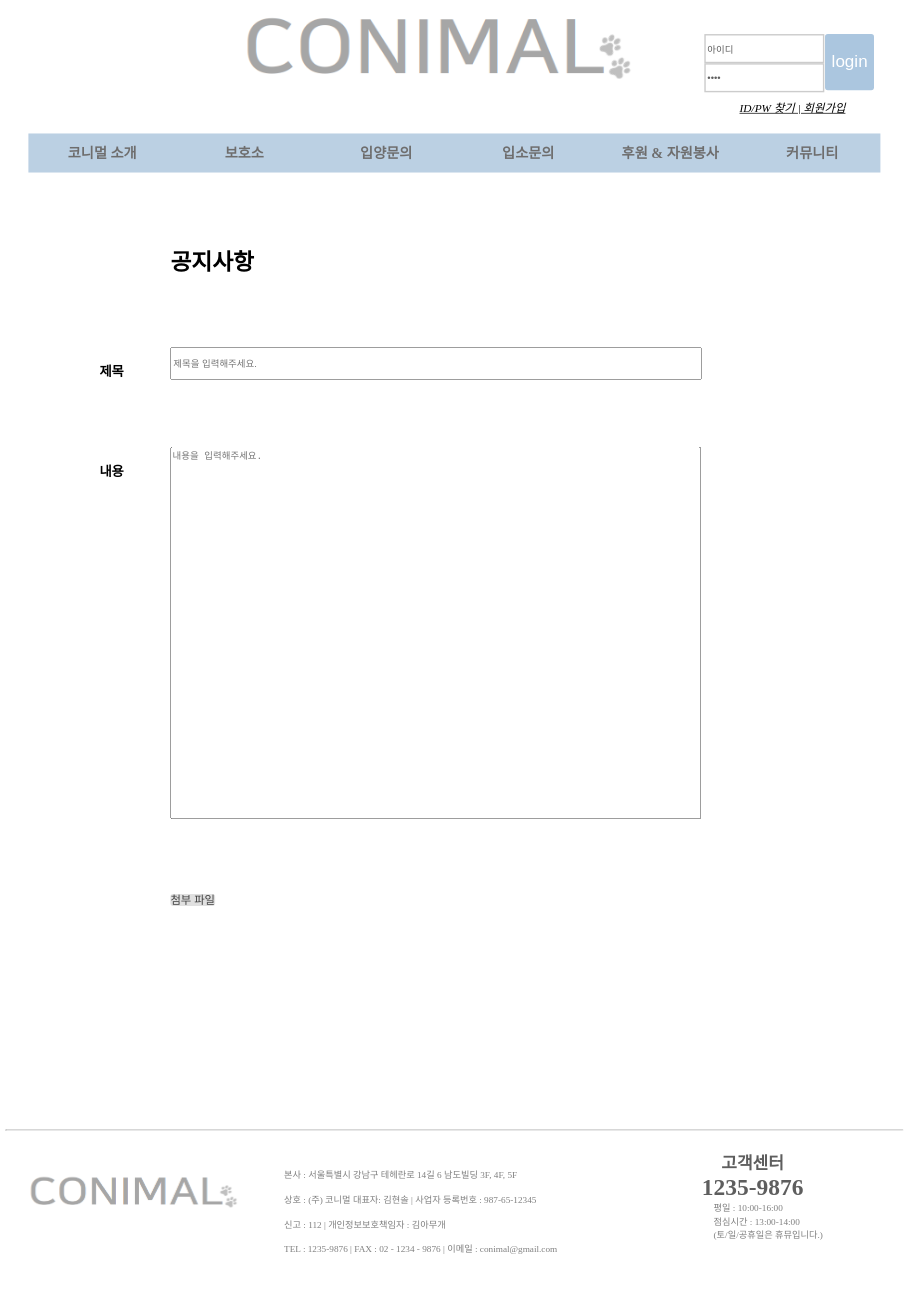
Repository: rlagusthf12/SemiProject
Page: http://localhost/jspProject/views/notice/writeNotice.jsp
These files come from the project's save history. The page is drawn as it stood at one moment and after the next save; the edit follows.
The browser window is 1280 px wide. The pictures show the whole page, at 71% of full size.
The page is served by Tomcat 9. Other server files are loaded and not shown.

Above is the page before, as saved 2021-05-18 08:00:07.

### jspProject/WebContent/views/notice/writeNotice.jsp
<%@ page language="java" contentType="text/html; charset=UTF-8"
    pageEncoding="UTF-8"%>
<!DOCTYPE html>
<html>
<head>
<meta charset="UTF-8">
<title>Insert title here</title>
</head>
<style>
.body{
		width: 1000px;
        height: 1240px;
        margin: 0 auto;
        margin-top:30px;
	}
h3{
float:left;
}
.headTitle{
	margin:100px;
}
.title{
width:741px;
height:40px;
margin:100px;
}
.title>input{
width:100%;
height:100%;
}

.content{
width:741px;
height:519px;
margin:100px;
}
.content>textarea{
resize:none;
width:100%;
height:100%;
}
.attachment{
width:741px;
height:80px;
margin:100px;
}
.attachmentbtn{
 width: 100px;
  height: 80px;
border-radius:4px;
font-size: 16px;
color: rgb(64, 64, 64);
 text-align: center;
 line-height: 2.5em;
background-color: rgb(224, 224, 224);
}
#inputfile{
display:none;
}


</style>
<body>
<%@ include file="../common/menubar.jsp" %>

  <div class="body">

  <div class="headTitle">
 	<h1>공지사항</h1>
  </div>

  <h3>제목</h3>
  <div class="title">

  <input type="text" placeholder="제목을 입력해주세요.">
  </div>
   <h3>내용</h3>
  <div class="content">
  <textarea placeholder="내용을 입력해주세요."></textarea>
  </div>
  <div class="attachment">
   <input type="file" id="inputfile">
  <label class="attachmentbtn" for="inputfile">첨부 파일</label>

  </div>


  </div>

<%@ include file="../common/footerbar.jsp" %>

</body>
</html>

### jspProject/WebContent/views/common/menubar.jsp
<%@ page language="java" contentType="text/html; charset=UTF-8"
    pageEncoding="UTF-8"%>
<!DOCTYPE html>
<html>
<head>
<meta charset="UTF-8">
<title>Insert title here</title>

<style>
    .on{
         width: 1200px;
         height: 180px;
         margin: 0 auto;
         }
    .mainLogo{

        margin-left: 302px;

    }

    .login {
        float:right;
        margin-top:40px;
     }
   #loginform>*{

    float:left;
    }
    .id_pwd{width: 65%; height: 70px; } .loginbtn{width: 35%;}

    .pwd,.id{
        color: rgb(94, 94, 94);
        border-style: solid;
        border-color: rgb(204, 204, 204);
        width:100%;
        height:50%;
    }
    .loginbtn>input{
        font-size: 24px;
        width: 80%;
        height: 100%;
        color: rgb(255, 255, 255);
        line-height: 3.2em;
        background-color: rgb(171, 198, 223);
        text-align: center;
        border-radius: 4px;
        border:0px;
    }

    .find{
    text-decoration-line: underline;
    font-style: italic;
    font-size: 16px;
    line-height: 3.2em;
    }

    .navi{
            width: 1200px; height: 55px;
            background-color: rgb(187, 208, 227);
            margin: 0 auto;
     }
     #navi1{
            list-style-type:none;
            margin:0;
            padding:0;
            height:100%;
            text-decoration:none;

        }

        #navi1>li{
            margin-left: 8px;
            float:left;
            width:16%;
            height:100%;
            text-align:center;
        }
        #navi1 a{
            line-height: 2.8em;
            font-size: 20px;
            color: rgb(110, 109, 109);
            font-family: HanSans;
            width: 16.6%;
            font-weight: bold;
            cursor:pointer;
            height:100%;
            width:100%;
            display:block;
            text-decoration:none;
            z-index: 6;
        }
        #navi1 a:hover{color: white;}
        #navi1>li>ul{
            list-style-type:none;
            display:none;
            margin-top:0px;
            padding:10px;
            background-color: rgb(184, 183, 183);
            font-family: HanSans;
            line-height: 2.8em;
            font-size: 20px;
            position: relative;
            z-index: 6;
        }
        #navi1>li>ul a{font-size:15px;}
        #navi1>li>a:hover+ul{display:block;}
        #navi1>li>ul:hover{display:block;}
     </style>
</head>

<body>

            <div class="on">

                    <image src="resources/images/mainLogo.png" width="558px" height="120px" class="mainLogo">

                        <div class="login" align="center">

                            <form action="" id="loginform">

                                <div class="id_pwd">
                                    <input type="text" class="id" value="아이디"><br>
                                    <input type="password" class="pwd" value="비밀번호" >
                                </div>

                                <div class="loginbtn">
                                    <input type="submit" value="login">
                                </div>
                            </form>
                            <span class="find">ID/PW 찾기 | 회원가입</span>
                        </div>

            </div>
            <div class="navi">
                    <ul id="navi1" >
                        <li><a href="">코니멀 소개</a></li>
                        <li><a href="">보호소</a></li>
                        <li><a href="">입양문의</a>
                            <ul>
                                <li><a href="">보호중인 동물</a></li>
                                <li><a href="">입양 절차</a></li>
                                <li><a href="">입양 신청</a></li>
                                <li><a href="">입양 후기</a></li>
                            </ul>
                        </li>
                        <li><a href="">입소문의</a>
                            <ul>
                                <li><a href="">입소 절차</a></li>
                                <li><a href="">입소 신청</a></li>
                            </ul>
                        </li>
                        <li><a href="">후원 &amp; 자원봉사</a>
                        <ul>
                            <li><a href="">자원봉사</a></li>
                            <li><a href="">후원</a></li>
                        </ul>
                      </li>
                        <li><a href="">커뮤니티</a>
                        <ul>
                            <li><a href="">자유 게시판</a></li>
                            <li><a href="">공지사항</a></li>
                            <li><a href="">고객센터</a></li>
                        </ul>
                    </li>
                    </ul>
            </div>


</body>
</html>

### jspProject/WebContent/views/common/footerbar.jsp
<%@ page language="java" contentType="text/html; charset=UTF-8"
    pageEncoding="UTF-8"%>
<!DOCTYPE html>
<html>
<head>
<meta charset="UTF-8">
<title>Insert title here</title>
<style>


 .footerbar{

         width: 1200px;
         height: 180px;
         margin: 0 auto;
     }
     .call{
         width:30%;
         height: 100%;
         float:left;
         margin-left: 60px;
     }

     .minLogo{

         padding-top: 30px;
         height: 100%;
         float:left;
     }
     .ex{
        width:40%;
        float:left;
        height:100%;
        padding-top: 25px;
    }
     .ect{

        font-size: 13px;
        color: rgb(127, 127, 127);
        text-align: left;
        width:450px;
        padding-left: 60px;

     }
     .ect2{
        font-weight: bold; font-size: 24px; text-align: center; color: rgb(94, 94, 94);
     }
     .ect3{
        font-weight: bold; font-size: 33px; text-align: center; color: rgb(94, 94, 94);
     }
     #al{
        width: 250px;
        padding-left: 125px;
     }


</style>
</head>
<body>
            <hr>
            <br>
            <div class="footerbar">
            <div class="minLogo">
                <div>
                 <image src="resources/images/mainLogo.png" width="300" height="60"></image>
                </div>
            </div>
            <div class="ex">
             <div class="ect">
                    본사 : 서울특별시 강남구 테헤란로 14길 6 남도빌딩 3F, 4F, 5F<br><br>

                    상호 : (주) 코니멀 대표자: 김현솔 | 사업자 등록번호 : 987-65-12345 <br><br>

                    신고 : 112 | 개인정보보호책임자 : 김아무개<br><br>

                    TEL : 1235-9876 | FAX : 02 - 1234 - 9876 | 이메일  :  conimal@gmail.com
              </div>
            </div>


            <div class="call">
                <div class="ect2" >
                    고객센터
                    <div class="ect3">
                    1235-9876

                    </div>
                </div>

                <div class="ect" id="al">
                    평일 : 10:00-16:00<br>
                    점심시간 : 13:00-14:00<br>
                    (토/일/공휴일은 휴뮤입니다.)
                </div>

            </div>
            </div>


</body>
</html>

After the next save:
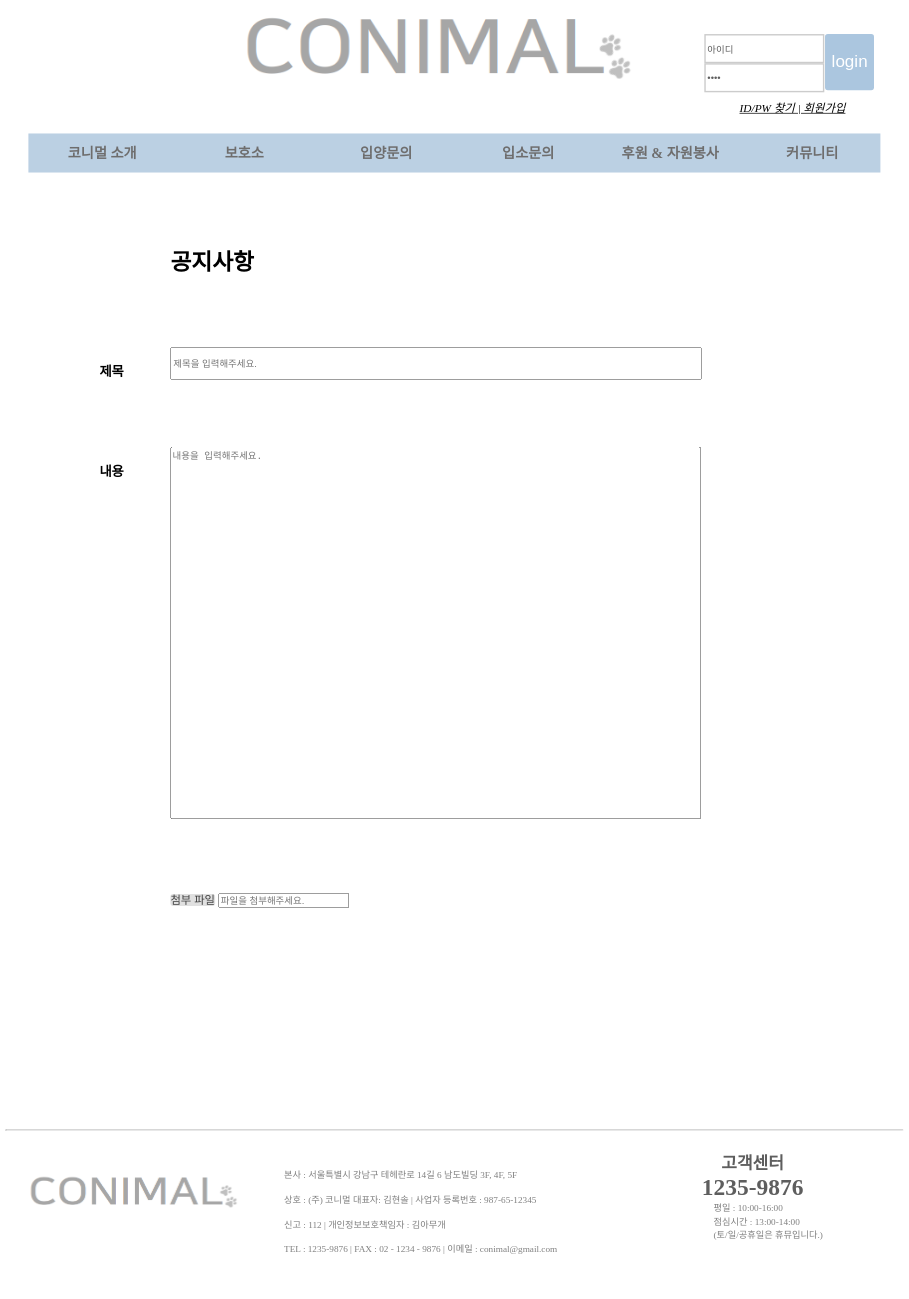
Saved 2 min 5 s later.
--- a/jspProject/WebContent/views/notice/writeNotice.jsp
+++ b/jspProject/WebContent/views/notice/writeNotice.jsp
@@ -46,7 +46,7 @@ margin:100px;
 }
 .attachmentbtn{
  width: 100px;
-  height: 80px;
+  height: 40px;
 border-radius:4px;
 font-size: 16px;
 color: rgb(64, 64, 64);
@@ -80,7 +80,9 @@ display:none;
   </div>
   <div class="attachment">
    <input type="file" id="inputfile">
+
   <label class="attachmentbtn" for="inputfile">첨부 파일</label>
+  <input type="text" placeholder="파일을 첨부해주세요.">
 
   </div>
 
